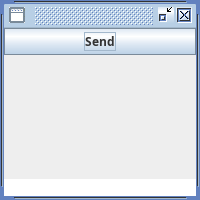
Repository: Eminaae/Killer
Program's window: java S01Week11D02/src/ba/bitcamp/ime/Ime.java
These files come from the project's save history. The program's window is drawn as it stood at one moment and after the next save; the edit follows.
It runs on Java 21 on a 1366 x 768 screen with the Metal look.

Above is the program's window before, as saved 2015-07-28 11:35:19.

### S01Week11D02/src/ba/bitcamp/ime/Ime.java
package ba.bitcamp.ime;

import java.awt.BorderLayout;
import java.awt.event.ActionEvent;
import java.awt.event.ActionListener;
import java.io.BufferedWriter;
import java.io.IOException;
import java.io.OutputStreamWriter;
import java.net.InetSocketAddress;
import java.net.Socket;

import javax.swing.JButton;
import javax.swing.JFrame;
import javax.swing.JPanel;
import javax.swing.JTextArea;

public class Ime {

	public static void main(String[] args) {
		//server
	/*	try{
				Socket socket = new Socket();
				socket.connect(new InetSocketAddress("10.0.82.98", 8888));
				BufferedWriter writer = new BufferedWriter(new OutputStreamWriter(socket.getOutputStream()));
				writer.write("Emina");
				writer.newLine();
				writer.close();
				}	catch(IOException e) {
					e.printStackTrace();
				}*/

	    JFrame msg = new JFrame();
		JPanel panel = new JPanel();
		JButton button = new JButton("Send");
		JTextArea text = new JTextArea();
		msg.add(panel);
		msg.setSize(200, 200);

		panel.setLayout(new BorderLayout());
		panel.add(button, BorderLayout.NORTH);
		panel.add(text, BorderLayout.SOUTH);
		msg.setVisible(true);
		button.addActionListener(new ActionListener() {

			@Override
			public void actionPerformed(ActionEvent e) {
				try{
					Socket socket = new Socket();
					socket.connect(new InetSocketAddress("10.0.82.98", 8888));
					BufferedWriter writer = new BufferedWriter(new OutputStreamWriter(socket.getOutputStream()));
					writer.write(text.getText());
					writer.newLine();
					writer.close();
					}	catch(IOException e1) {
						e1.printStackTrace();
					}
			}
		});
	}
}

After the next save:
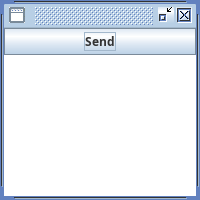
Saved 22 s later.
--- a/S01Week11D02/src/ba/bitcamp/ime/Ime.java
+++ b/S01Week11D02/src/ba/bitcamp/ime/Ime.java
@@ -38,7 +38,7 @@
 
 		panel.setLayout(new BorderLayout());
 		panel.add(button, BorderLayout.NORTH);
-		panel.add(text, BorderLayout.SOUTH);
+		panel.add(text, BorderLayout.CENTER);
 		msg.setVisible(true);
 		button.addActionListener(new ActionListener() {
 
